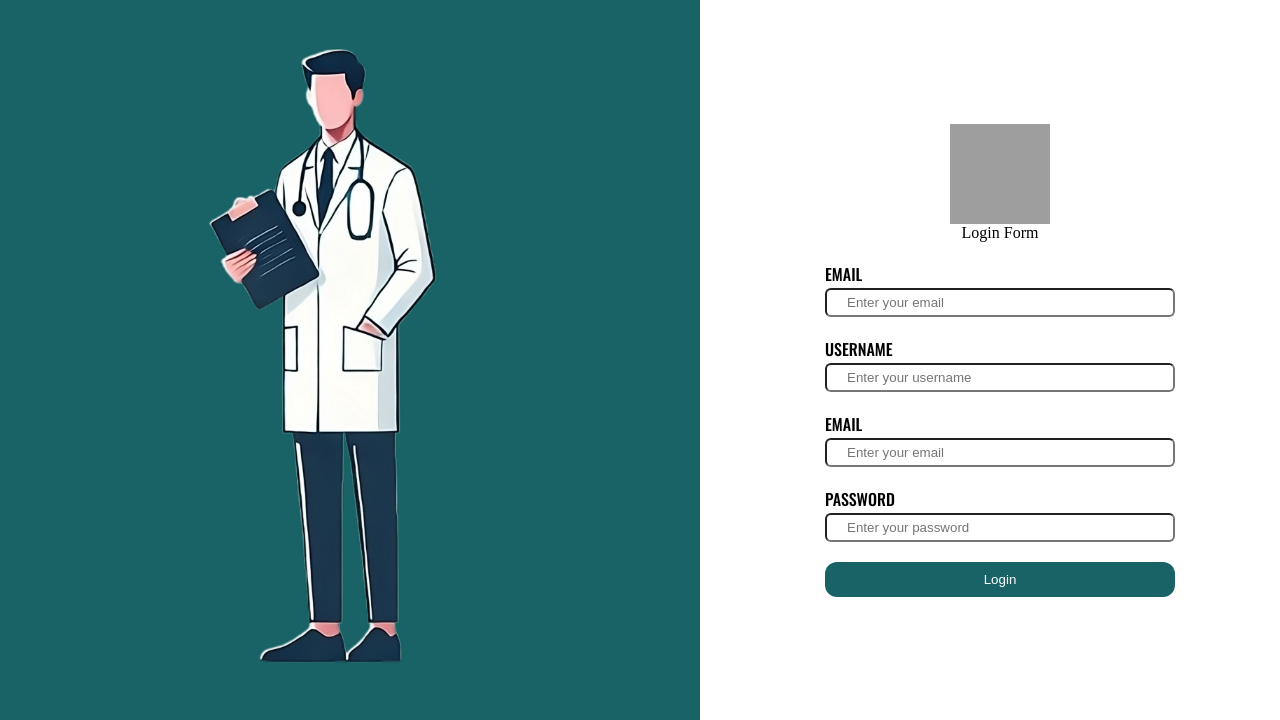
Repository: AriaFantom/Minor-Project
Page: http://localhost/Project/verify.jsp
An editor plug-in stored every save of this project. The page is shown before and after the next save, followed by the edit.
The browser window is 1280 px wide. The pictures show the whole page.
Pictures or frames that could not be fetched are drawn as grey boxes. Some web fonts or font styles are not loaded; a fallback is used. The page is served by Tomcat 10. Other server files are loaded and not shown.

Above is the page before, as saved 2025-01-13 10:33:32.

### Project/src/main/webapp/verify.jsp
<%@ page language="java" contentType="text/html; charset=UTF-8"
    pageEncoding="UTF-8"%>
            <%@page import="java.sql.*" %>
<%@ page import="java.text.SimpleDateFormat" %>
<%@ page import="java.util.Date" %>
<!DOCTYPE html>
<html lang="en">
<head>
    <meta charset="UTF-8">
    <title>Title</title>
    <link rel="stylesheet" href="css/register.css">
</head>
<body>
<main>
    <div class="aside-form">
        <img src="assets/form-side-vector.png" alt="vector">
    </div>
    <div class="form-section">
        <img src="assets/icons/logo.png" alt="logo">
        <p>Login Form</p>
        <form  method="post" action="<%=request.getContextPath()%>/LoginServlet">
            <label for="email">Email</label>
            <input type="email" id="email" name="email" placeholder="Enter your email">
            <label for="email">Username</label>
            <input type="text" id="username" name="username" placeholder="Enter your username">
            <label for="email">Email</label>
            <input type="email" id="email" name="email" placeholder="Enter your email">
            <label for="password">Password</label>
            <input type="password" id="password" name="password" placeholder="Enter your password">
            <button>Login</button>
        </form>
    </div>
</main>
</body>
</html>

### Project/src/main/webapp/css/register.css
@charset "UTF-8";

@import url('https://fonts.googleapis.com/css2?family=Oswald:wght@200..700&display=swap');
@import url('https://fonts.googleapis.com/css2?family=Open+Sans:ital,wght@0,300..800;1,300..800&display=swap');
@import url('https://fonts.googleapis.com/css2?family=DM+Serif+Text:ital@0;1&family=PT+Sans:ital,wght@0,400;0,700;1,400;1,700&display=swap');
* {
    box-sizing: border-box;
    margin: 0;
    padding: 0;
}

body {
    margin: 0;
    padding: 0;

}

main {
    display: grid;
    grid-template-columns: 1fr 1fr;
    gap: 20px;
    justify-content: center;
    align-items: center;
    height: 100vh;
}

.form-footer {
	font-family: 'DM Serif Text', sans-serif;
    margin: 8px 0;
}

main img {
    width: 100px;
    height: 100px;
}
.form-section {
    display: flex;
    flex-direction: column;
    justify-content: center;
    align-items: center;
    width: 100%;
}

.form-heading {
    font-family: 'Oswald', sans-serif;
    font-size: 2rem;
    margin-bottom: 20px;
    text-transform: uppercase;
}

form {
    display: flex;
    flex-direction: column;
    justify-content: center;
    width: 350px;
}

form label {
    font-family: 'Oswald', sans-serif;
    margin-top: 20px;
    margin-bottom: 2px;
    font-weight: 500;
    text-transform: uppercase;
}
form input {
    font-family: 'DM Serif Text', sans-serif;
    padding: 5px 20px;
    border-radius: 6px;
}

form button {
    font-family: 'DM Serif Text', sans-serif;
    margin-top: 20px;
    padding: 10px;
    background-color: #196366;
    color: #fff;
    border: none;
    cursor: pointer;
    border-radius: 12px;
}

.aside-form {
    background: #196366;
    height: 100%;
    width: 100%;
    display: flex;
    align-items: center;
    justify-content: center;
}

.aside-form img {
    width: 700px;
    height: 700px;
}
.alert {
            padding: 15px;
            margin: 20px auto;
            border-radius: 4px;
            width: 95%;
            font-size: 16px;
            text-align: center;
}
.alert-success {
            color: #155724;
            background-color: #d4edda;
            border: 1px solid #c3e6cb;
}
.alert-danger {
            color: #721c24;
            background-color: #f8d7da;
            border: 1px solid #f5c6cb;
 }
.errordiv {
	display: flex;
	flex-direction: column;
	align-items:center;
	justify-content:center;
	background-color: #96c2c2;
	height: 100vh;
	width: 100%;
	font-family: "Poppins", sans-serif;
}

.errordiv h1 {
	text-transform: uppercase;
}

After the next save:
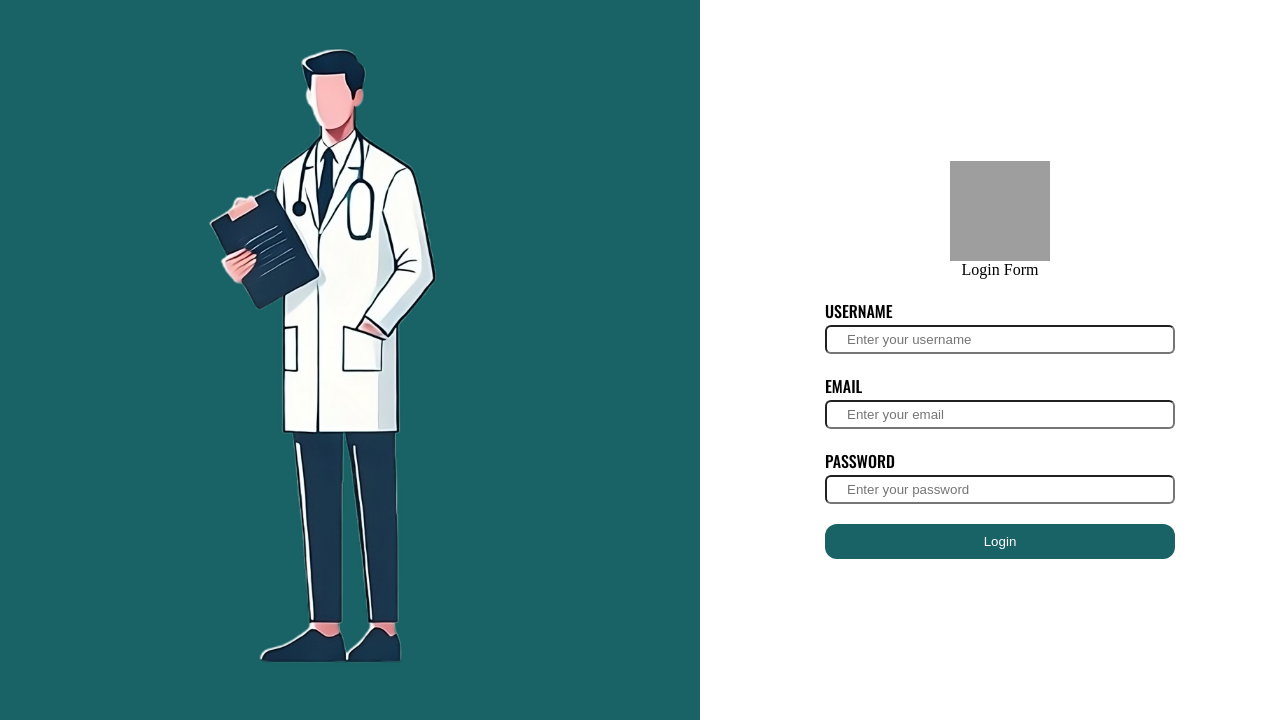
Saved 15 s later.
--- a/Project/src/main/webapp/verify.jsp
+++ b/Project/src/main/webapp/verify.jsp
@@ -19,8 +19,6 @@
         <img src="assets/icons/logo.png" alt="logo">
         <p>Login Form</p>
         <form  method="post" action="<%=request.getContextPath()%>/LoginServlet">
-            <label for="email">Email</label>
-            <input type="email" id="email" name="email" placeholder="Enter your email">
             <label for="email">Username</label>
             <input type="text" id="username" name="username" placeholder="Enter your username">
             <label for="email">Email</label>
